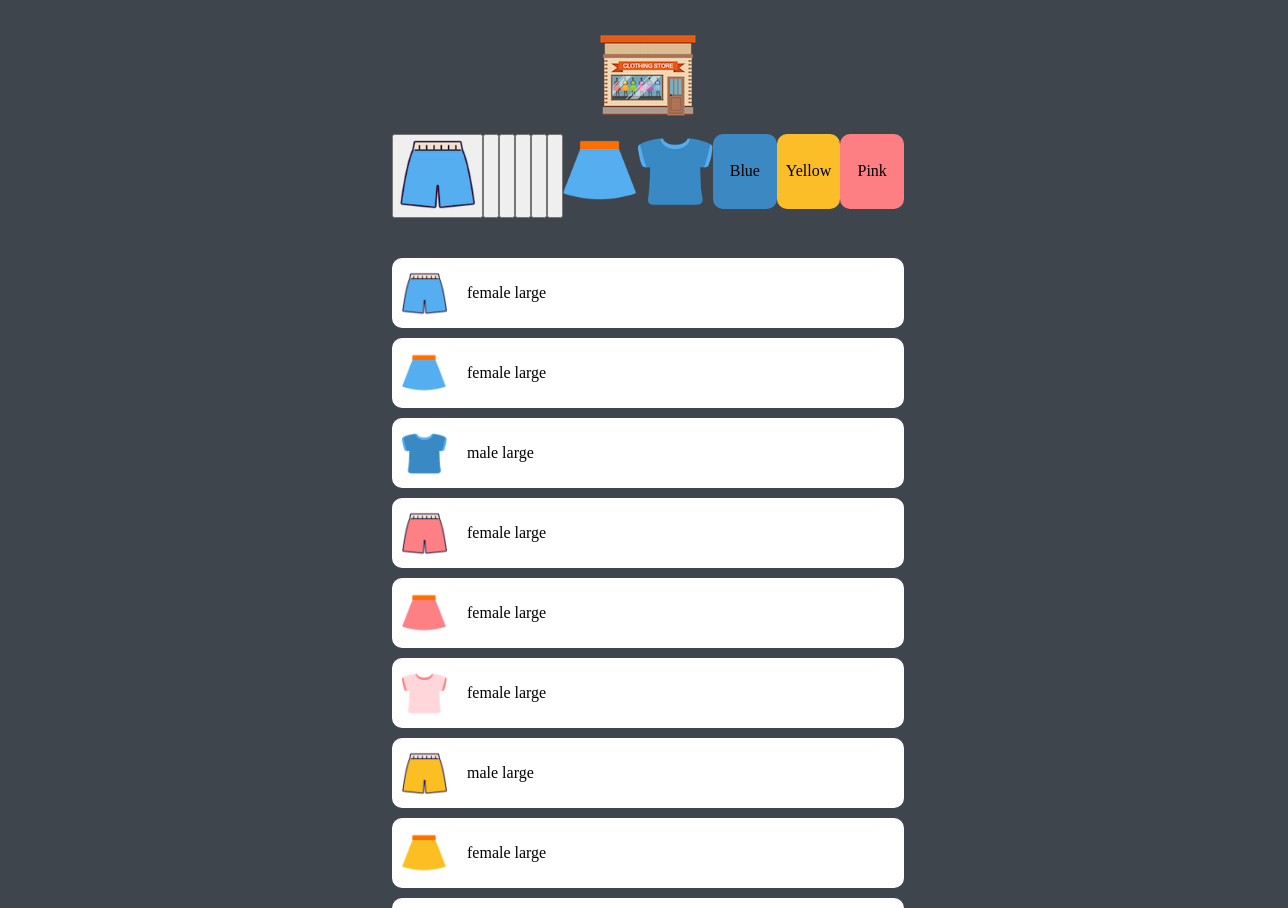
Repository: Jay-JYKim91/elle-shopping-mall
Page: index.html
An editor plug-in stored every save of this project. The page is shown before and after a run of saves, followed by the edit.
The browser window is 1280 px wide. The page is 1288 px wide, so the pictures cover 1288 px, including what lies to the right of the window. The pictures show the whole page.
An inner scrolling area shows only its first screen.

Above is the page before, as saved 2021-07-26 20:15:38.

### index.html
<!DOCTYPE html>
<html lang="en">
  <head>
    <meta charset="UTF-8" />
    <meta name="viewport" content="width=device-width, initial-scale=1.0" />
    <title>Online Shopping</title>
    <link rel="stylesheet" href="style.css" />
    <script src="src/main.js" defer></script>
  </head>
  <body>
    <div class="container">
      <div class="logo">
        <img src="./img/logo.png" alt="logo">
      </div>
      <div class="options">
        <button class="btn">
          <img src="./img/blue_p.png" alt="blue pants">
        </button>
        <button class="btn"></button>
        <button class="btn"></button>
        <button class="btn"></button>
        <button class="btn"></button>
        <button class="btn"></button>
        <img src="./img/blue_s.png" alt="blue skirt">
        <img src="./img/blue_t.png" alt="blue t-shirt">
        <div class="color-box blue"><p>Blue</p></div>
        <div class="color-box yellow"><p>Yellow</p></div>
        <div class="color-box pink"><p>Pink</p></div>
      </div>
      <div class="lists">
        <ul>

        </ul>
      </div>
    </div>
  </body>
</html>

### style.css
:root {
  /* color */
  --color-black: #3f454d;
  --color-white: #ffffff;
  --color-blue: #3b88c3;
  --color-yellow: #fbbe28;
  --color-pink: #fd7f84;
  --color-light-grey: #dfdfdf;
}

* {
  box-sizing: border-box;
}
body {
  background-color: var(--color-black);
  height: 90vh;
  width: 100vw;
}
.container {
  text-align: center;
  width: 40%;
  height: 70vh;
  margin: 30px auto;
}
.options {
  display: flex;
  justify-content: space-between;
}
.options img {
  width: 75px;
  height: 75px;
  transition: transform 300ms;
}
.options img:hover {
  transform: scale(1.1);
}
.color-box {
  width: 75px;
  height: 75px;
  text-align: center;
  border-radius: 10px;
  transition: transform 300ms;
}
.color-box:hover {
  transform: scale(1.1);
}
.color-box p {
  margin: 28px 0;
}
.blue {
  background-color: var(--color-blue);
}
.yellow {
  background-color: var(--color-yellow);
}
.pink {
  background-color: var(--color-pink);
}
.lists {
  height: 660px;
  overflow-y: scroll;
  padding: 0;
  margin-top: 30px;
}
.lists::-webkit-scrollbar {
  display: none;
}
ul {
  list-style: none;
  padding: 0;
}
.list {
  background-color: var(--color-white);
  width: 100%;
  padding: 10px;
  display: flex;
  align-items: center;
  margin-top: 10px;
  border-radius: 10px;
}
.list img {
  width: 45px;
  height: 45px;
  margin-right: 20px;
}

### src/main.js
function loadItems() {
    return fetch('data/data.json')
    .then(response => response.json())
    .then(json => json.items);
}

function displayItems(items) {
    const lists = document.querySelector('.lists');
    lists.innerHTML = items.map(item => createHTMLString(item)).join('');
}
function createHTMLString(item) {
    return `
        <li class="list">
            <img src="${item.image}" alt="${item.img}">
            <div class="description">
                <p>${item.gender} ${item.size}</p>
            </div>
        </li>
    `
}
function setEventListeners(items) {
    const logo = document.querySelector('.logo');
    logo.addEventListener('click', ()=> displayItems(items));
}
loadItems()
.then(items => {
    displayItems(items);
    setEventListeners(items);
})
.catch(console.log);

### data/data.json
{
    "items": [
        {
            "type": "pants",
            "gender": "female",
            "size": "large",
            "color": "blue",
            "image": "../img/blue_p.png"
        },
        {
            "type": "skirt",
            "gender": "female",
            "size": "large",
            "color": "blue",
            "image": "../img/blue_s.png"
        },
        {
            "type": "tshirt",
            "gender": "male",
            "size": "large",
            "color": "blue",
            "image": "../img/blue_t.png"
        },
        {
            "type": "pants",
            "gender": "female",
            "size": "large",
            "color": "pink",
            "image": "../img/pink_p.png"
        },
        {
            "type": "skirt",
            "gender": "female",
            "size": "large",
            "color": "pink",
            "image": "../img/pink_s.png"
        },
        {
            "type": "tshirt",
            "gender": "female",
            "size": "large",
            "color": "pink",
            "image": "../img/pink_t.png"
        },
        {
            "type": "pants",
            "gender": "male",
            "size": "large",
            "color": "yellow",
            "image": "../img/yellow_p.png"
        },
        {
            "type": "skirt",
            "gender": "female",
            "size": "large",
            "color": "yellow",
            "image": "../img/yellow_s.png"
        },
        {
            "type": "tshirt",
            "gender": "female",
            "size": "large",
            "color": "yellow",
            "image": "../img/yellow_t.png"
        }
    ]
}

After the next 2 saves:
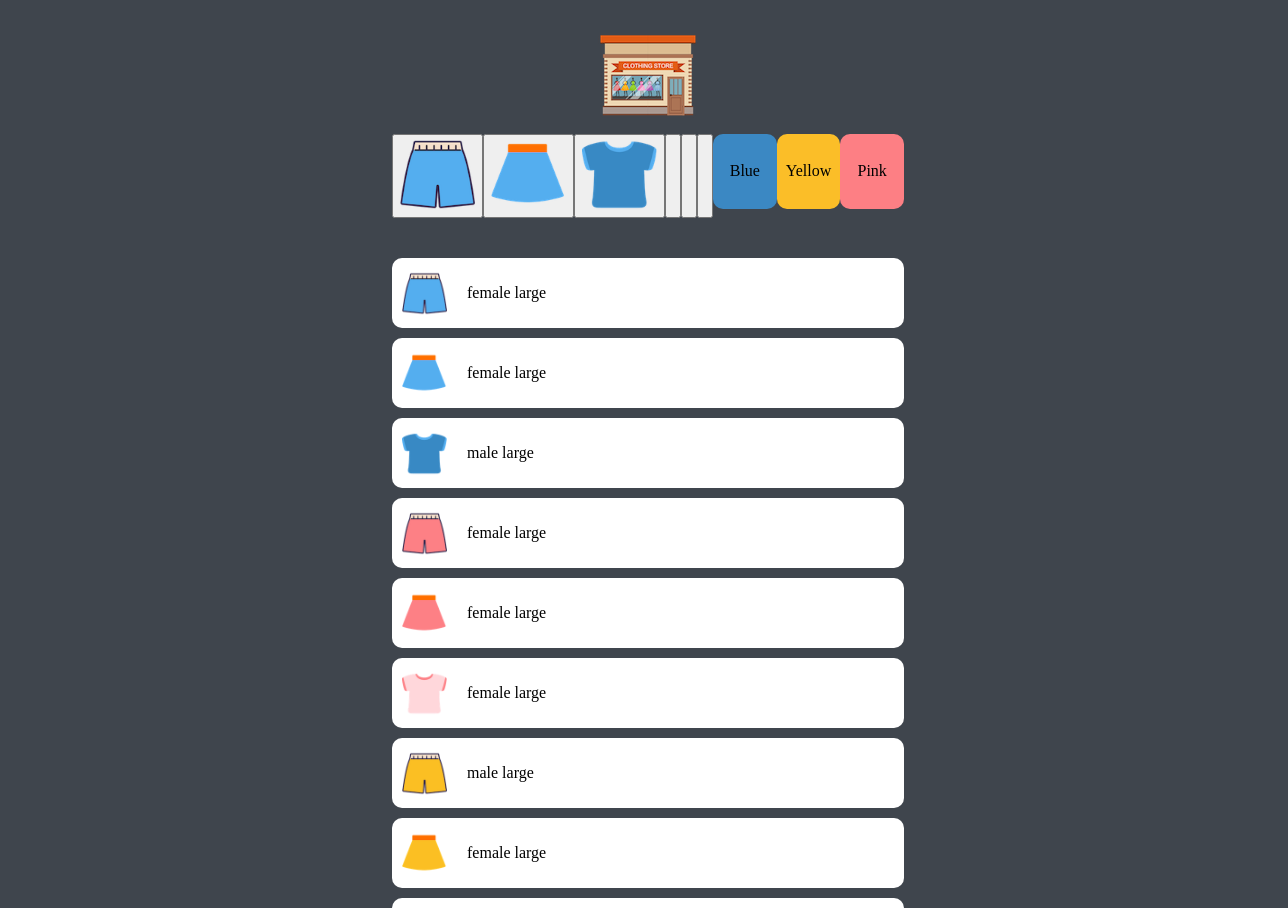
The 2 saves are shown as one change because they came seconds apart.
The last was saved 15 s later.
--- a/index.html
+++ b/index.html
@@ -16,13 +16,22 @@
         <button class="btn">
           <img src="./img/blue_p.png" alt="blue pants">
         </button>
-        <button class="btn"></button>
-        <button class="btn"></button>
-        <button class="btn"></button>
-        <button class="btn"></button>
-        <button class="btn"></button>
-        <img src="./img/blue_s.png" alt="blue skirt">
-        <img src="./img/blue_t.png" alt="blue t-shirt">
+        <button class="btn">
+          <img src="./img/blue_s.png" alt="blue skirt">
+        </button>
+        <button class="btn">
+          <img src="./img/blue_t.png" alt="blue t-shirt">
+
+        </button>
+        <button class="btn">
+
+        </button>
+        <button class="btn">
+
+        </button>
+        <button class="btn">
+
+        </button>
         <div class="color-box blue"><p>Blue</p></div>
         <div class="color-box yellow"><p>Yellow</p></div>
         <div class="color-box pink"><p>Pink</p></div>
